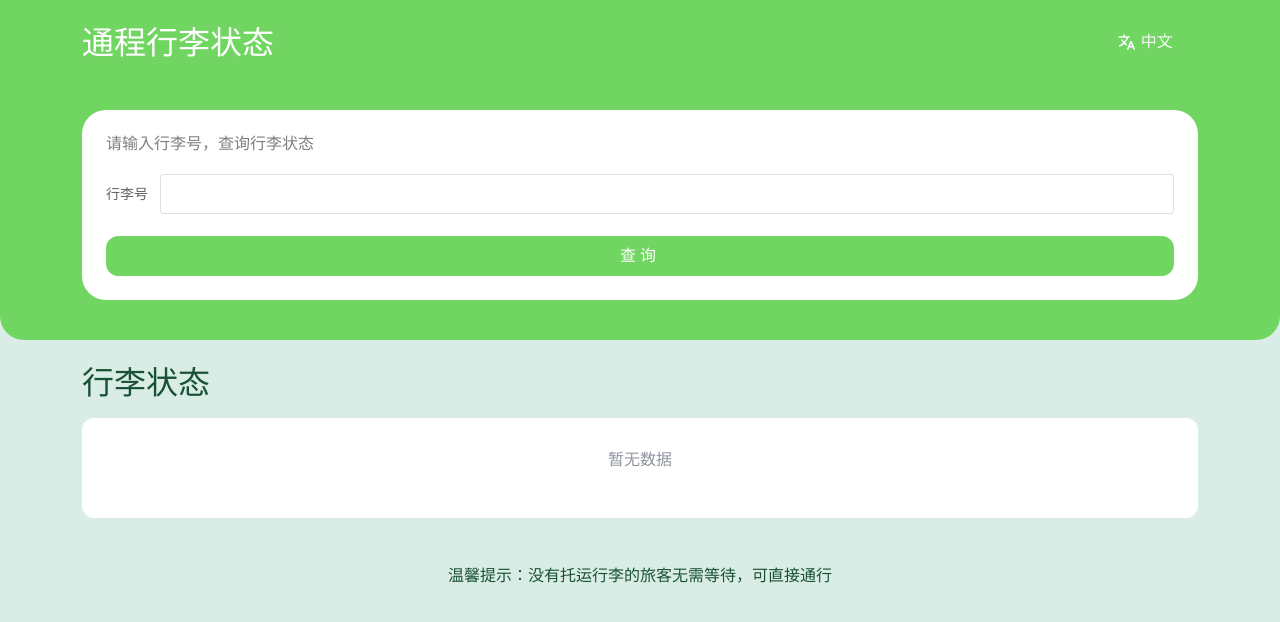
Repository: jhonMacTavish/through-baggage-web
Page: /
These files come from the project's save history. The page is drawn as it stood at one moment and after the next save; the edit follows.
The browser window is 1280 px wide. The pictures show the whole page.
The project was rebuilt for these pictures with package versions that can differ from the ones it lists, and the page was loaded fresh each time. Also part of the build but not shown: vite.config.js, src/components/Main copy.vue, src/components/Main.vue, src/components/NavBar.vue, src/components/Scanner.vue, src/views/Scanner.vue. Imported but missing from the stored project, and not drawn on this page: src/assets/icons/GlobeIcon.vue, src/assets/icons/LogoIcon.vue, src/assets/icons/ProfileIcon.vue, src/assets/icons/QuestionIcon.vue.

Above is the page before, as saved 2025-03-15 14:48:56.

### index.html
<!--
 * @Author: error: error: git config user.name & please set dead value or install git && error: git config user.email & please set dead value or install git & please set dead value or install git
 * @Date: 2025-02-23 17:18:54
 * @LastEditors: jhon.mactavish96 jhon.mactavish96@gmail.com
 * @LastEditTime: 2025-02-26 14:51:23
 * @FilePath: \through_baggage_webt:\Projects\VS Code\vue-bootstrap-master\index.html
 * @Description: 这是默认设置,请设置`customMade`, 打开koroFileHeader查看配置 进行设置: https://github.com/OBKoro1/koro1FileHeader/wiki/%E9%85%8D%E7%BD%AE
-->
<!doctype html>
<html lang="en">
  <head>
    <meta charset="UTF-8" />
    <!-- <link rel="icon" type="image/svg+xml" href="/vite.svg" /> -->
    <meta name="viewport" content="width=device-width, initial-scale=1.0, maximum-scale=1.0 user-scalable=0" />
    <title>Through Check-in Baggage Status Inquiry Page</title>
  </head>
  <body>
    <div id="app" style="min-width: 375px;"></div>
    <script type="module" src="/src/main.js"></script>
  </body>
</html>

### src/main.js
/*
 * @Author: error: error: git config user.name & please set dead value or install git && error: git config user.email & please set dead value or install git & please set dead value or install git
 * @Date: 2025-02-23 17:18:54
 * @LastEditors: jhon.mactavish96 jhon.mactavish96@gmail.com
 * @LastEditTime: 2025-02-24 20:18:29
 * @FilePath: \through_baggage_webt:\Projects\VS Code\vue-bootstrap-master\src\main.js
 * @Description: 这是默认设置,请设置`customMade`, 打开koroFileHeader查看配置 进行设置: https://github.com/OBKoro1/koro1FileHeader/wiki/%E9%85%8D%E7%BD%AE
 */
import { createApp } from 'vue';
import router from './router';
// import PrimeVue from 'primevue/config';
// import AnimateOnScroll from 'primevue/animateonscroll';

// Import all of Bootstrap's CSS
import "bootstrap/dist/css/bootstrap.css";
// import 'primevue/resources/themes/aura-light-green/theme.css'
import './style.css';
import App from './App.vue';
import i18n from './i18n';


const app = createApp(App);

app.use(i18n);
app.use(router)
// app.use(PrimeVue);
// app.directive('animateonscroll', AnimateOnScroll);
app.mount('#app');

import 'bootstrap/dist/js/bootstrap';

### src/router/index.js
/*
 * @Author: jhon.mactavish96 jhon.mactavish96@gmail.com
 * @Date: 2025-02-24 19:48:52
 * @LastEditors: jhon.mactavish96 jhon.mactavish96@gmail.com
 * @LastEditTime: 2025-02-24 20:41:52
 * @FilePath: \sheepnavigationt:\Projects\VS Code\vue-bootstrap-master\src\router\index.js
 * @Description: 这是默认设置,请设置`customMade`, 打开koroFileHeader查看配置 进行设置: https://github.com/OBKoro1/koro1FileHeader/wiki/%E9%85%8D%E7%BD%AE
 */
import { createRouter, createWebHistory } from 'vue-router'
// 导入组件
import Home from '../views/Home.vue'
import Scanner from '../views/Scanner.vue'

const routes = [
  { path: '/', name: 'Home', component: Home, meta: { keepAlive: true} },
  { path: '/scanner', name: 'Scanner', component: Scanner, meta: { keepAlive: false} }
]

const router = createRouter({
  history: createWebHistory(),
  routes,
})

export default router

### src/style.css
@import url('https://fonts.googleapis.com/css2?family=Montserrat:ital,wght@0,100..900;1,100..900&display=swap');

* {
  margin: 0;
  padding: 0;
  box-sizing: border-box;
}

body {
    font-family: "Montserrat", sans-serif;
    background-color: #D9EDE6;
}

#app{
  position: relative;
  height: 100vh;
}

### src/App.vue
<!--
 * @Author: error: error: git config user.name & please set dead value or install git && error: git config user.email & please set dead value or install git & please set dead value or install git
 * @Date: 2025-02-23 17:18:54
 * @LastEditors: jhon.mactavish96 jhon.mactavish96@gmail.com
 * @LastEditTime: 2025-02-24 20:18:56
 * @FilePath: \through_baggage_webt:\Projects\VS Code\vue-bootstrap-master\src\App.vue
 * @Description: 这是默认设置,请设置`customMade`, 打开koroFileHeader查看配置 进行设置: https://github.com/OBKoro1/koro1FileHeader/wiki/%E9%85%8D%E7%BD%AE
-->
<script setup>
import Home from "./views/Home.vue";
</script>

<template>
    <router-view></router-view>
</template>

<style scoped></style>

### src/i18n/index.js
/*
 * @Author: error: error: git config user.name & please set dead value or install git && error: git config user.email & please set dead value or install git & please set dead value or install git
 * @Date: 2025-02-24 00:19:55
 * @LastEditors: error: error: git config user.name & please set dead value or install git && error: git config user.email & please set dead value or install git & please set dead value or install git
 * @LastEditTime: 2025-02-24 00:49:13
 * @FilePath: \through_baggage_webt:\Projects\VS Code\vue-bootstrap-master\src\i18n\index.js
 * @Description: 这是默认设置,请设置`customMade`, 打开koroFileHeader查看配置 进行设置: https://github.com/OBKoro1/koro1FileHeader/wiki/%E9%85%8D%E7%BD%AE
 */
import { createI18n } from 'vue-i18n';
import messages from './messages';

const i18n = createI18n({
    legacy: false,
    locale: localStorage.getItem('lang') || 'zh',
    messages,
});

export default i18n;

### src/views/Home.vue
<!--
 * @Author: error: error: git config user.name & please set dead value or install git && error: git config user.email & please set dead value or install git & please set dead value or install git
 * @Date: 2025-02-23 20:06:20
 * @LastEditors: john_mactavish 981192661@qq.com
 * @LastEditTime: 2025-03-15 14:40:41
 * @FilePath: \through_baggage_webt:\Projects\VS Code\vue-bootstrap-master\src\components\Main.vue
 * @Description: 这是默认设置,请设置`customMade`, 打开koroFileHeader查看配置 进行设置: https://github.com/OBKoro1/koro1FileHeader/wiki/%E9%85%8D%E7%BD%AE
-->
<template>
  <section class="p-4 pb-3 bg-green">
    <div class="container d-flex justify-content-between align-items-center">
      <!-- <h2 class="text-center text-white" :style="`font-size: ${locale == 'en'? '16px': ''}`" >{{$t('messages.prompText.pageTitle')}}</h2> -->
      <h2 v-if="locale == 'zh'" class="text-center text-white">
        {{ $t("messages.prompText.pageTitle") }}
      </h2>
      <h6 v-else class="text-center text-white">
        {{ $t("messages.prompText.pageTitle") }}
      </h6>
      <div class="select-group">
        <el-dropdown size="large" trigger="click" style="margin: 2px 0 0 4px; font-size: 16px">
          <span class="el-dropdown-link text-light">
            <svg data-v-f414ea64="" viewBox="0 0 24 24" width="1.2em" height="1.2em">
              <path fill="currentColor"
                d="m18.5 10l4.4 11h-2.155l-1.201-3h-4.09l-1.199 3h-2.154L16.5 10h2zM10 2v2h6v2h-1.968a18.222 18.222 0 0 1-3.62 6.301a14.864 14.864 0 0 0 2.336 1.707l-.751 1.878A17.015 17.015 0 0 1 9 13.725a16.676 16.676 0 0 1-6.201 3.548l-.536-1.929a14.7 14.7 0 0 0 5.327-3.042A18.078 18.078 0 0 1 4.767 8h2.24A16.032 16.032 0 0 0 9 10.877a16.165 16.165 0 0 0 2.91-4.876L2 6V4h6V2h2zm7.5 10.885L16.253 16h2.492L17.5 12.885z">
              </path>
            </svg>
            {{ $t(`messages.langs.${locale}`) }}
            <el-icon class="el-icon--right">
              <i-ep-Arrow-down />
            </el-icon>
          </span>
          <template #dropdown>
            <el-dropdown-menu>
              <el-dropdown-item @click="changeLang('zh')">中文</el-dropdown-item>
              <el-dropdown-item @click="changeLang('en')">English</el-dropdown-item>
            </el-dropdown-menu>
          </template>
        </el-dropdown>
      </div>
    </div>
  </section>

  <section class="p-4 bg-green rd-form">
    <div class="container">
      <div class="p-4 form-bg">
        <h6 class="form-title">{{ $t("messages.userText.formTitle") }}</h6>
        <el-form ref="ruleFormRef" :model="ruleForm" status-icon :rules="rules" label-width="auto">
          <!-- <el-form-item
            class="item-marginBt"
            size="large"
            :label="$t('messages.userText.formInfo.passportNo')"
            prop="pptNo"
          >
            <el-input
              v-model="ruleForm.pptNo"
              maxlength="9"
              :formatter="(value) => value.toUpperCase()"
            >
              <template #prefix>
                <i-ep-Postcard />
              </template>
            </el-input>
          </el-form-item>
          <el-form-item
            class="item-marginBt"
            size="large"
            :label="$t('messages.userText.formInfo.flightNo')"
            prop="fltNo"
          >
            <el-input
              v-model="ruleForm.fltNo"
              maxlength="6"
              :formatter="(value) => value.toUpperCase()"
            >
              <template #prefix>
                <i-ep-Calendar />
              </template>
            </el-input>
          </el-form-item>
          <el-form-item
            class="item-marginBt"
            size="large"
            :label="$t('messages.userText.formInfo.seatNo')"
            prop="setNo"
          >
            <el-input
              v-model="ruleForm.setNo"
              maxlength="4"
              :formatter="(value) => value.toUpperCase()"
            >
              <template #prefix>
                <i-ep-PriceTag />
              </template>
            </el-input>
          </el-form-item> -->
          <el-form-item class="item-marginBt" size="large" :label="$t('messages.userText.formInfo.baggageNo')"
            prop="bagNo">
            <el-input v-model="ruleForm.bagNo" maxlength="10" :formatter="(value) => value.toUpperCase()">
              <template #prefix>
                <i-ep-Suitcase />
              </template>
              <template #suffix>
                <i-ep-FullScreen @click="openScan" />
              </template>
            </el-input>
          </el-form-item>
          <el-form-item size="large">
            <el-button :class="`w-100 ${!clickable ? 'submitBtn' : ''}`" :disabled="clickable"
              @click="submitForm(ruleFormRef)" @keyup.enter.native="submitForm(ruleFormRef)">
              <text :style="`
    letter-spacing: ${locale == 'zh' ? '4px' : ''};`">{{ $t("messages.userText.formButton") }} {{ !clickable ? '' : `
                ${secondes} s` }}</text>
            </el-button>
          </el-form-item>
        </el-form>
      </div>
    </div>
  </section>

  <section class="p-4 flex1">
    <div class="container">
      <h2 v-if="locale == 'zh'" class="info-title mb-3">
        {{ $t("messages.baggageText.stateTitle") }}
      </h2>
      <h6 v-else class="info-title mb-3">
        {{ $t("messages.baggageText.stateTitle") }}
      </h6>
      <div v-loading="loading" class="info-content p-4 d-flex justify-content-center align-items-center">
        <p :class="`text-center ${bagStyle}`">
          {{ $t(`messages.baggageText.stateInfo.${bagStat}.str1`) }}<br /><span class="attention">{{
            $t(`messages.baggageText.stateInfo.${bagStat}.str2`) }}</span>
        </p>
      </div>
    </div>
  </section>

  <footer class="p-4 text-center w-100">
    <div class="container">
      <h6>{{ $t("messages.prompText.pageFooter") }}</h6>
    </div>
  </footer>
  <!-- <Scanner/> -->
</template>

<script lang="ts" setup>
// import Scanner from "./Scanner.vue";
import { useRoute, useRouter } from "vue-router";
import { onBeforeMount, onMounted, reactive, ref } from "vue";
import type { FormInstance, FormRules } from "element-plus";
import axios from "axios";
import { useI18n } from "vue-i18n";
import { watch } from 'vue';
// 在调用 ElMessage 的组件中添加样式导入
import 'element-plus/es/components/message/style/css'
import { ElMessage } from 'element-plus'

const route = useRoute();
const router = useRouter();
const { locale, t } = useI18n();
const ruleFormRef = ref<FormInstance>();
const bagStat = ref(0);
const bagStyle = ref("");
const clickable = ref(false);
const secondes = ref(5);
const loading = ref(false);
const timer = ref(0);

// 表单验证规则
const createValidator = (pattern: RegExp, errorMsg: string) => {
  return (_rule: any, value: string, callback: any) => {
    if (!pattern.test(value)) {
      callback(new Error(errorMsg));
    } else {
      callback();
    }
  };
};

const ruleForm = reactive({
  pptNo: "",
  fltNo: "",
  setNo: "",
  bagNo: "",
});

const rules: FormRules<typeof ruleForm> = {
  pptNo: [
    {
      validator: createValidator(
        /^[G|E|P|S|D|C]\d{8}$/,
        t("messages.userText.validateText.passportNo")
      ),
      trigger: "blur",
    },
  ],
  fltNo: [
    {
      validator: createValidator(
        /^[A-Z]{2}\d{3,4}$/,
        t("messages.userText.validateText.flightNo")
      ),
      trigger: "blur",
    },
  ],
  setNo: [
    {
      validator: createValidator(
        /^\d{1,3}[A-Z]$/,
        t("messages.userText.validateText.seatNo")
      ),
      trigger: "blur",
    },
  ],
  bagNo: [
    {
      validator: createValidator(
        /^\d{10}$/,
        t("messages.userText.validateText.baggageNo")
      ),
      trigger: "blur",
    },
  ],
};


const changeLang = (type: string) => {
  console.log(type);
  locale.value = type;
  localStorage.setItem("lang", type);

  rules.pptNo[0].validator = createValidator(
    /^[G|E|P|S|D|C]\d{8}$/,
    t("messages.userText.validateText.passportNo")
  );
  rules.fltNo[0].validator = createValidator(
    /^[A-Z]{2}\d{3,4}$/,
    t("messages.userText.validateText.flightNo")
  );
  rules.setNo[0].validator = createValidator(
    /^\d{1,3}[A-Z]$/,
    t("messages.userText.validateText.seatNo")
  );
  rules.bagNo[0].validator = createValidator(
    /^\d{10}$/,
    t("messages.userText.validateText.baggageNo")
  );
};

const btnClickable = () => {
  loading.value = true;
  clickable.value = true;

  timer.value = setInterval(() => {
    secondes.value -= 1;

    if (secondes.value === 0) {
      clickable.value = false;
      loading.value = false;
      secondes.value = 5;
      clearInterval(timer.value);
    }
  }, 1000);
}

const submitForm = async (formEl: FormInstance | undefined) => {
  if (!formEl) return;
  const valid = await formEl.validate();
  if (valid) {
    const { bagNo } = ruleForm;
    const params = { bagNo };
    btnClickable();
    try {
      await axios.get("/api/baggages/status", { params }).then((res) => {
        console.log(res.data);
        loading.value = false;
        const data = res.data;

        if (data.status === 200) {
          const status = data.data;
          switch (status.baggageStatus) {
            case 'SAFE':
              bagStat.value = 1;
              console.log(bagStat.value);
              break;
            case 'NO_BAGGAGE':
              bagStat.value = 2;
              console.log(bagStat.value);
              break;
            case 'NO_TC':
              bagStat.value = 3;
              console.log(bagStat.value);
              break;
            case 'NO_RESULT':
              bagStat.value = 4;
              console.log(bagStat.value);
              break;
            case 'PROCESSING':
              bagStat.value = 4;
              console.log(bagStat.value);
              break;
            case 'NO_RECORD':
              bagStat.value = 5;
              console.log(bagStat.value);
              break;
            default:
              console.log("default");
              break;
          }

          switch (status.passStatus) {
            case 'PASS':
              bagStyle.value = "pass";
              break;
            case 'WAIT':
              bagStyle.value = "wait";
              break;
            default:
              break;
          }
        } else {
          // bagStyle.value = "wait";
          // bagStat.value = 5;
          // console.log(bagStat.value);
          loading.value = false;
          ElMessage.error('server error');
        }
      });
    } catch (error) {
      console.log("axios failed");
      console.log('错误详情:', error);
      loading.value = false;
      ElMessage.error('server error');
    }
  }
};

const openScan = () => {
  console.log("openScan");
  router.push('/scanner');
};

watch(
  () => route.query.bagNo,
  (newVal) => {
    if (newVal) ruleForm.bagNo = newVal as string;
  }
);

onBeforeMount(() => { });

onMounted(() => {
  console.log(route.query.bagNo);
  if (route.query.bagNo) {
    ruleForm.bagNo = route.query.bagNo as string;
  }
});
</script>

<style lang="less" scoped>
:deep(.el-loading-spinner .circular .path) {
  stroke: #71d561 !important;
}

:deep(.el-button.is-disabled) {
  border-radius: 12px;
  border-color: #71d561 !important;
  /* 重置为默认边框色 */
  background-color: var(--el-button-bg-color, #9d9d9d) !important;
  /* 重置为默认背景色 */
  color: var(--el-button-text-color, #606266) !important;
  /* 默认文字颜色 */
  border-color: var(--el-button-border-color, #dcdfe6) !important;
  opacity: 1 !important;
  /* 取消透明度 */
  cursor: not-allowed !important;
  /* 可选：保留禁用光标 */
}

.pass {
  color: #71d561;
}

.wait {
  color: #f5a623;
}

.bg-green {
  background-color: #71d561;
}

.rd-form {
  padding-bottom: 40px !important;
  border-bottom-left-radius: 24px;
  border-bottom-right-radius: 24px;
}

.item-marginBt {
  // margin-bottom: 20px;
}

.el-form-item:last-child {
  margin: 0;
}

.form-bg {
  background-color: white;
  border-radius: 24px;

  .form-title {
    color: gray;
    margin-bottom: 20px;
  }
}

.submitBtn {
  border-radius: 12px;
  color: white;
  background-color: #71d561;
  border: solid 1px #71d561;

  text {
    font-size: 16px;
  }
}

.info-title {
  color: #195135;
  // font-size: 24px;
}

.info-content {
  width: 100%;
  height: 100px;
  border-radius: 12px;
  font-size: 16px;
  color: #9095a0;
  background-color: white;

  .attention {
    font-size: 24px;
    font-weight: bold;
  }
}

.select-group {
  position: relative;
  top: -4px;
  color: white;
  // font-weight: bold;
  // top: 20px;
  // right: 0;
}

.flex1 {
  flex: 1;
}

footer {
  position: absolute;
  // bottom: 0;
  color: #195135;
}
</style>

### src/i18n/messages.js
/*
 * @Author: error: error: git config user.name & please set dead value or install git && error: git config user.email & please set dead value or install git & please set dead value or install git
 * @Date: 2025-02-24 00:48:16
 * @LastEditors: error: error: git config user.name & please set dead value or install git && error: git config user.email & please set dead value or install git & please set dead value or install git
 * @LastEditTime: 2025-02-24 01:03:11
 * @FilePath: \through_baggage_webt:\Projects\VS Code\vue-bootstrap-master\src\i18n\messages.js
 * @Description: 这是默认设置,请设置`customMade`, 打开koroFileHeader查看配置 进行设置: https://github.com/OBKoro1/koro1FileHeader/wiki/%E9%85%8D%E7%BD%AE
 */
import zh from './langs/zh';
import en from './langs/en';

export default {
    zh,
    en,
};

### src/i18n/langs/zh.js
/*
 * @Author: error: error: git config user.name & please set dead value or install git && error: git config user.email & please set dead value or install git & please set dead value or install git
 * @Date: 2025-02-24 00:23:07
 * @LastEditors: jhon.mactavish96 jhon.mactavish96@gmail.com
 * @LastEditTime: 2025-03-14 15:31:39
 * @FilePath: \through_baggage_webt:\Projects\VS Code\vue-bootstrap-master\src\i18n\langs\zh.js
 * @Description: 这是默认设置,请设置`customMade`, 打开koroFileHeader查看配置 进行设置: https://github.com/OBKoro1/koro1FileHeader/wiki/%E9%85%8D%E7%BD%AE
 */
export default {
  messages: {
    langs: {
      en: "English",
      zh: "中文",
    },

    prompText: {
      switchLang: "切换语言",
      pageTitle: "通程行李状态",
      pageFooter: "温馨提示：没有托运行李的旅客无需等待，可直接通行",
    },

    baggageText: {
      stateTitle: "行李状态",
      stateInfo: {
        0: { str1: "暂无数据", str2: "" },
        1: { str1: "您的行李已确认安全，", str2: "请通行" },
        2: { str1: "您没有托运行李，", str2: "请通行" },
        3: { str1: "请联系航空公司工作人员协助处理", str2: "" },
        4: { str1: "您的行李尚未完全通过检查，", str2: "请耐心等待" },
        5: { str1: "未查询到行李信息，\n请核实条码号是否正确", str2: "" },
      },
    },

    userText: {
      formTitle: "请输入行李号，查询行李状态",
      formInfo: {
        passportNo: "护照号",
        flightNo: "航班号",
        seatNo: "座位号",
        baggageNo: "行李号"
      },
      validateText: {
        passportNo: "请输入正确的护照号",
        flightNo: "请输入正确的航班号",
        seatNo: "请输入正确的座位号",
        baggageNo: "请输入10位数字的行李号"
      },
      formButton: "查询",
    },
  },
};

### src/i18n/langs/en.js
/*
 * @Author: error: error: git config user.name & please set dead value or install git && error: git config user.email & please set dead value or install git & please set dead value or install git
 * @Date: 2025-02-24 00:23:07
 * @LastEditors: john_mactavish 981192661@qq.com
 * @LastEditTime: 2025-03-15 14:48:56
 * @FilePath: \through_baggage_webt:\Projects\VS Code\vue-bootstrap-master\src\i18n\langs\zh.js
 * @Description: 这是默认设置,请设置`customMade`, 打开koroFileHeader查看配置 进行设置: https://github.com/OBKoro1/koro1FileHeader/wiki/%E9%85%8D%E7%BD%AE
 */
export default {
  messages: {
    langs: {
      en: "English",
      zh: "中文",
    },

    prompText: {
      switchLang: "Switch language",
      pageTitle: "Through check-in baggage status",
      pageFooter: "Tips: Passengers without checked baggage can pass directly without waiting",
    },

    baggageText: {
      stateTitle: "Baggage status",
      stateInfo: {
        0: { str1: "No data", str2: "" },
        1: { str1: "Your baggage has been confirmed safe,", str2: "Please pass" },
        2: { str1: "You have no checked baggage,", str2: "Please pass" },
        3: { str1: "Please contact the airline staff for assistance", str2: "" },
        4: { str1: "Your baggage has not yet been fully screened,", str2: "Please wait" },
        5: { str1: "No baggage information was found, please verify the baggage No.", str2: "" },
      },
    },

    userText: {
      formTitle: "Please enter your baggage No. to check your baggage status",
      formInfo: {
        passportNo: "Passport No.",
        flightNo: "Flight No.",
        seatNo: "Seat No.",
        baggageNo: "BAG No."
      },
      validateText: {
        passportNo: "Enter your passport No.",
        flightNo: "Enter your flight No.",
        seatNo: "Enter your seat No.",
        baggageNo: "Enter 10-digit baggage No."
      },
      formButton: "Submit",
    },
  },
};

After the next save:
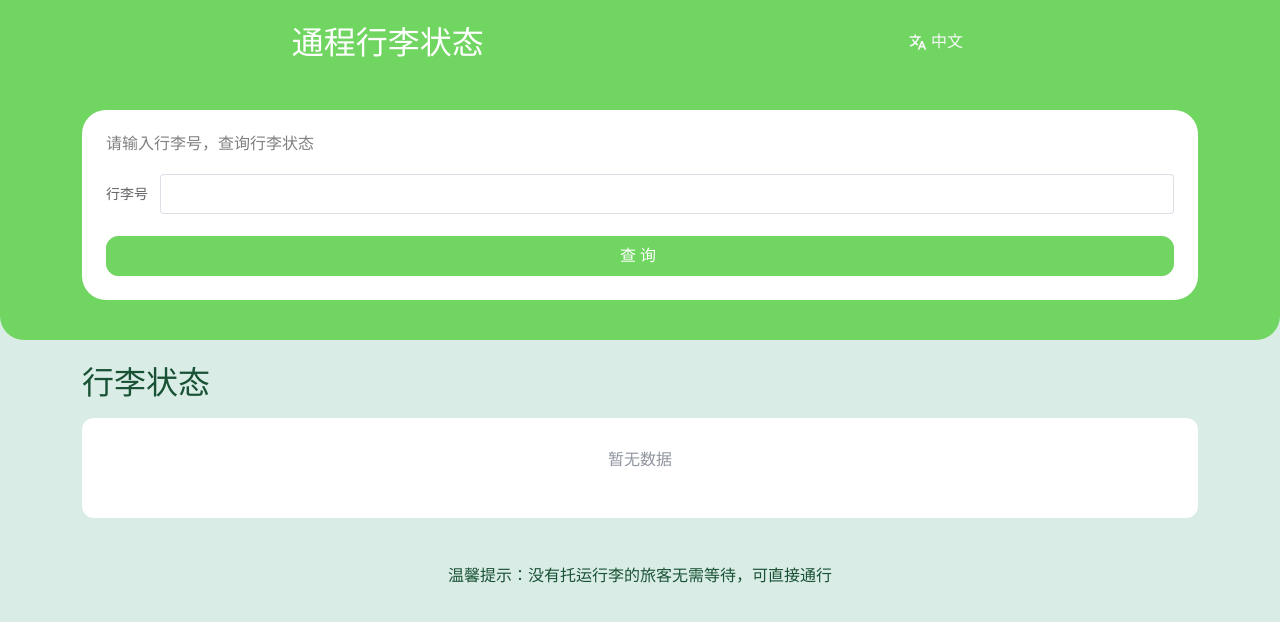
Saved 36 s later.
--- a/src/views/Home.vue
+++ b/src/views/Home.vue
@@ -2,13 +2,13 @@
  * @Author: error: error: git config user.name & please set dead value or install git && error: git config user.email & please set dead value or install git & please set dead value or install git
  * @Date: 2025-02-23 20:06:20
  * @LastEditors: john_mactavish 981192661@qq.com
- * @LastEditTime: 2025-03-15 14:40:41
+ * @LastEditTime: 2025-03-15 14:49:32
  * @FilePath: \through_baggage_webt:\Projects\VS Code\vue-bootstrap-master\src\components\Main.vue
  * @Description: 这是默认设置,请设置`customMade`, 打开koroFileHeader查看配置 进行设置: https://github.com/OBKoro1/koro1FileHeader/wiki/%E9%85%8D%E7%BD%AE
 -->
 <template>
   <section class="p-4 pb-3 bg-green">
-    <div class="container d-flex justify-content-between align-items-center">
+    <div class="container d-flex justify-content-around align-items-center">
       <!-- <h2 class="text-center text-white" :style="`font-size: ${locale == 'en'? '16px': ''}`" >{{$t('messages.prompText.pageTitle')}}</h2> -->
       <h2 v-if="locale == 'zh'" class="text-center text-white">
         {{ $t("messages.prompText.pageTitle") }}
